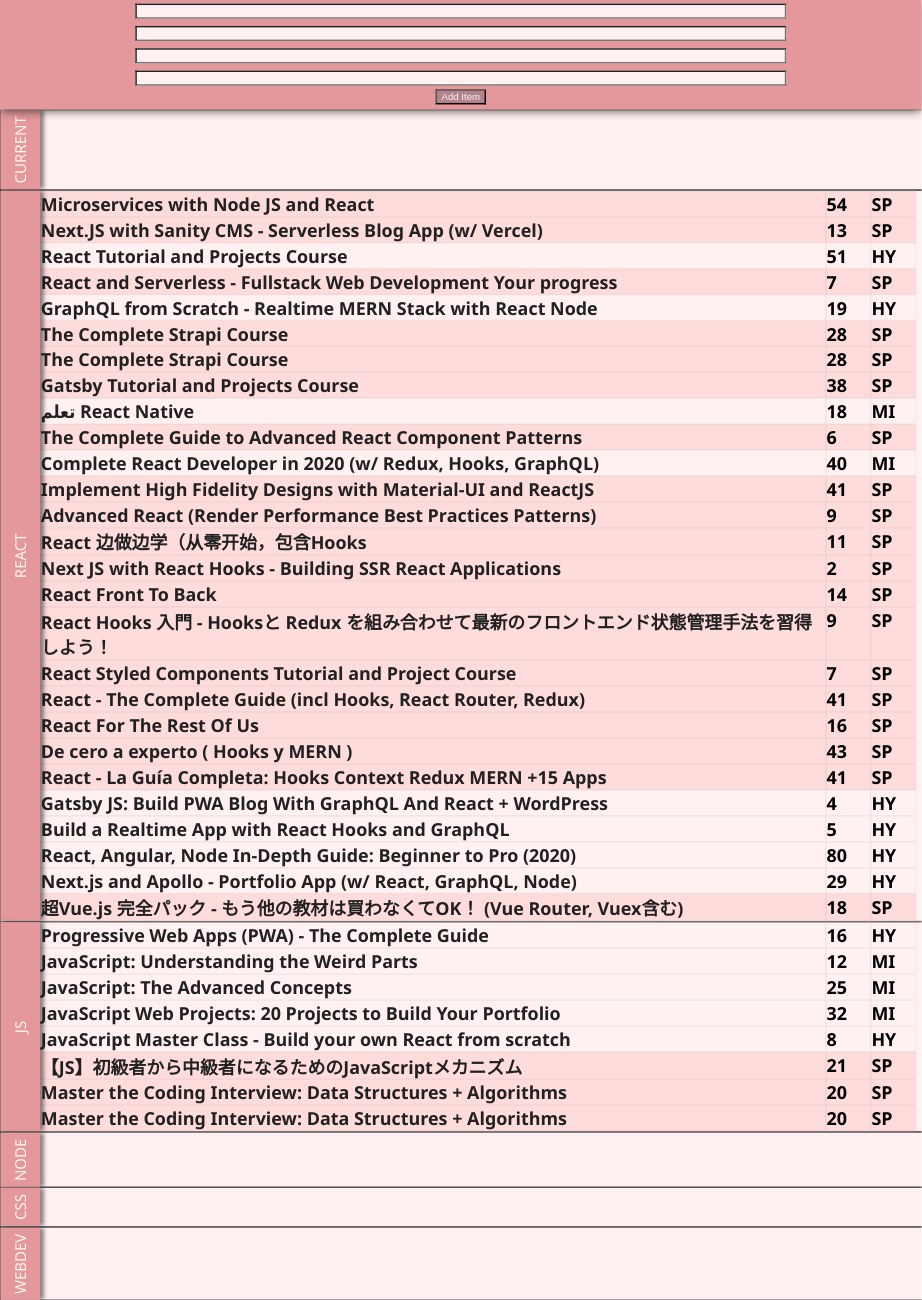
Repository: ClementLight/plan
Page: codicrs.html
These files come from the project's save history. The page is drawn as it stood at one moment and after the next save; the edit follows.
The browser window is 1280 px wide. The pictures show the whole page, at 72% of full size.

Above is the page before, as saved 2020-09-01 14:24:04.

After the next save:
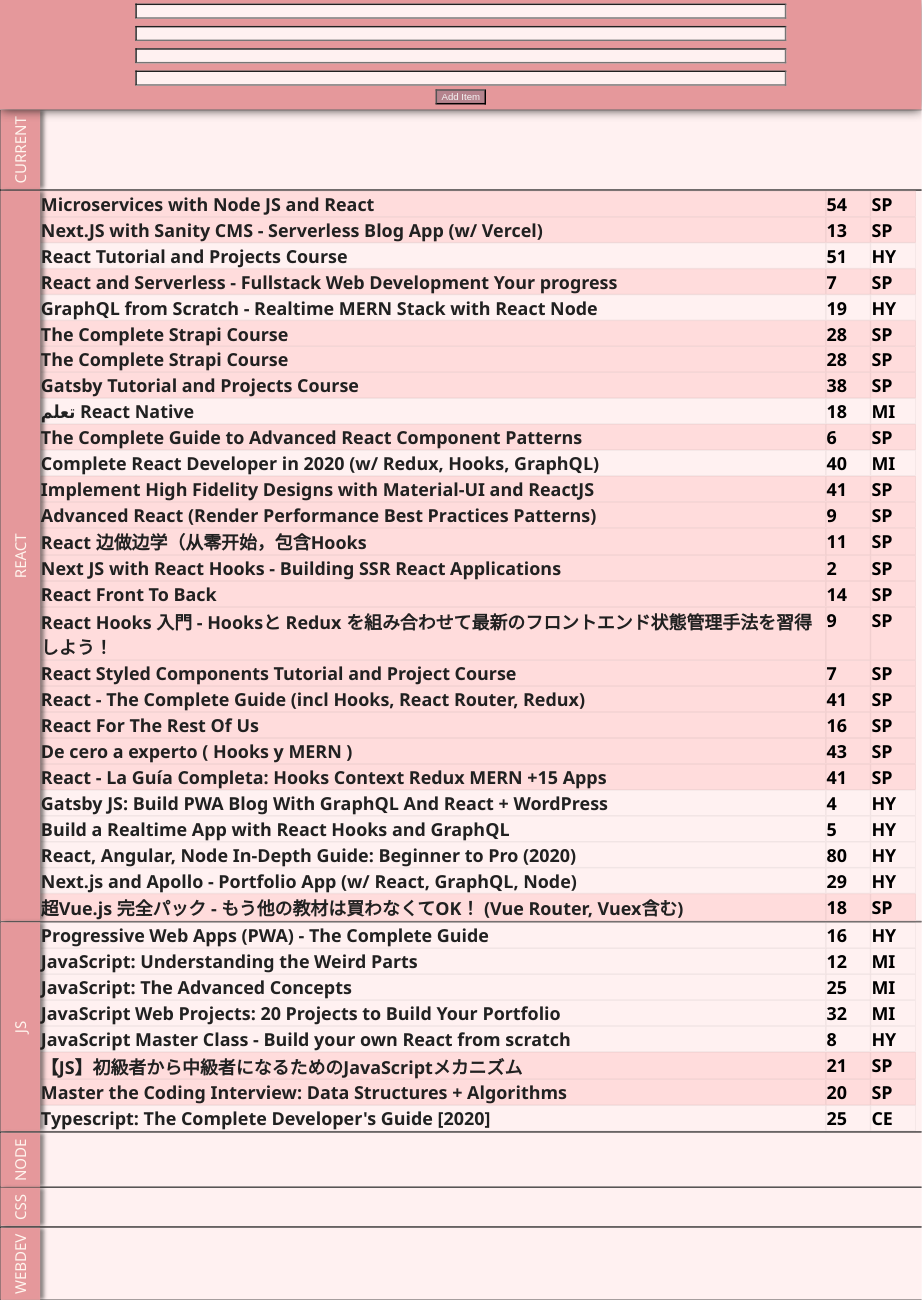
Saved 9 s later.
--- a/jsondata.js
+++ b/jsondata.js
@@ -346,9 +346,9 @@
     id: "35",
     subject: "Javascript",
     tags: "Javascript",
-    hours: 20,
-    account: "SP",
-    title: "Master the Coding Interview: Data Structures + Algorithms",
+    hours: 25,
+    account: "CE",
+    title: "Typescript: The Complete Developer's Guide [2020]",
     url: "https://www.udemy.com/course/typescript-the-complete-developers-guide/learn/lecture/14504488?start=0#overview",
   },
 ]
